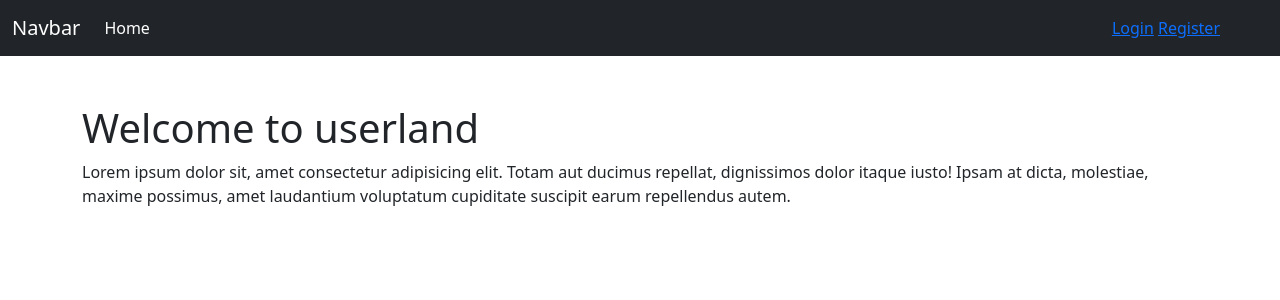
Repository: BrittleHeart/symfony-users--crud
Page: templates/home/home.html.twig
The author's editor kept a copy of each file at every save. The page is drawn from the files as they stood at one save, then again after the next save.
The browser window is 1280 px wide. The pictures show the whole page.
The page is a Twig template of a Symfony application; nobody is signed in and links lead nowhere. The template is opened directly, without the code that normally fills it, so the values that code supplies are empty.

Above is the page before, as saved 2021-02-20 15:45:57.

After the next save:
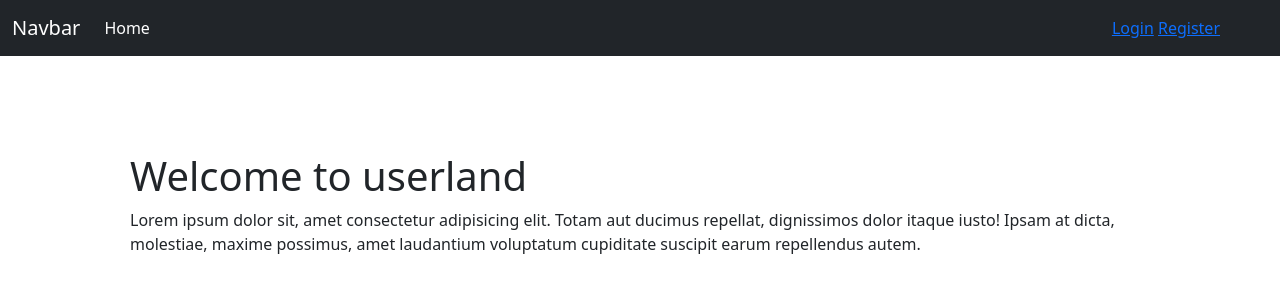
Saved 47 s later.
--- a/templates/home/home.html.twig
+++ b/templates/home/home.html.twig
@@ -2,7 +2,7 @@
 
 {% block body %}
 
-<header class="jumbotron">
+<header class="p-5 ">
     <h1 class="jumbotron-header">Welcome to userland</h1>
     <p class="jumbotron-description">Lorem ipsum dolor sit, amet consectetur adipisicing elit. Totam aut ducimus repellat, dignissimos dolor itaque iusto! Ipsam at dicta, molestiae, maxime possimus, amet laudantium voluptatum cupiditate suscipit earum repellendus autem.</p>
 </header>
